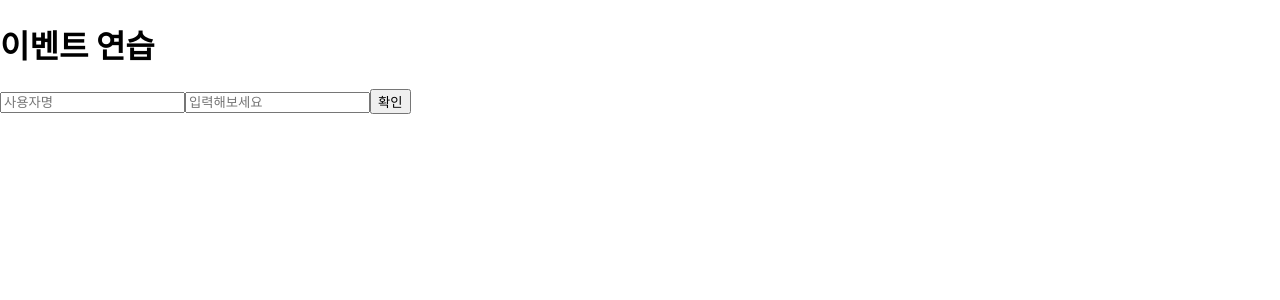
Repository: jongheonleee/hello_my_react
Page: /
An editor plug-in stored every save of this project. The page is shown before and after the next save, followed by the edit.
The browser window is 1280 px wide. The pictures show the whole page.
The project was rebuilt for these pictures with package versions that can differ from the ones it lists, and the page was loaded fresh each time. Also part of the build but not shown: src/App.css, src/MyComponent.js, src/Say.js.

Above is the page before, as saved 2024-09-03 16:58:44.

After the next save:
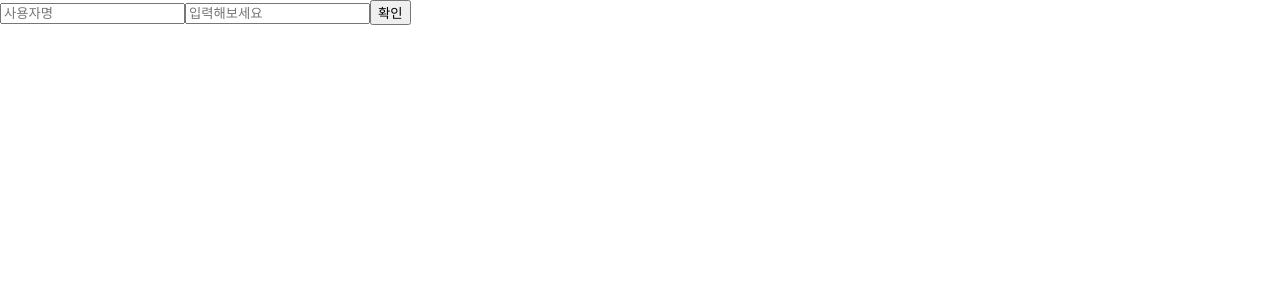
Saved 8 s later.
--- a/src/App.js
+++ b/src/App.js
@@ -4,9 +4,10 @@ import './App.css';
 import MyComponent from './MyComponent';
 import Say from './Say';  // Counter.js 파일로 Counter 컴포��트를 import합니다.
 import EventPractice from './eventPractice';
+import EventPractice2 from './eventPractice2';
 
 function App() { // 컴포넌트 -> 1. 모습, 2. 기능, 컴포넌트를 기본 단위로 여러개 조합해서 사용 가능
-  return <EventPractice />;
+  return <EventPractice2 />;
 };
 
 export default App;
